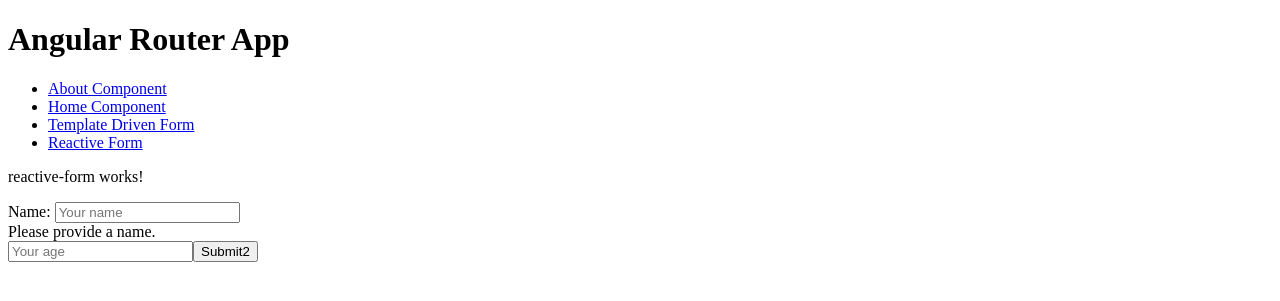
Repository: PhamTrungNguyen/Angular12
Page: /reactive (app in Angular/)
The author's editor kept a copy of each file at every save. The page is drawn from the files as they stood at one save, then again after the next save.
The browser window is 1280 px wide. The pictures show the whole page.
The project was rebuilt for these pictures with package versions that can differ from the ones it lists, and the page was loaded fresh each time. Also part of the build but not shown: Angular/angular.json, Angular/src/app/template-driven-form/template-driven-form.component.ts, Angular/src/app/home/home.component.ts, Angular/src/app/about/about.component.ts, Angular/src/app/page-not-found/page-not-found.component.ts.

Above is the page before, as saved 2023-01-04 19:15:45.

### Angular/src/app/app.module.ts
import { NgModule } from '@angular/core';
import { BrowserModule } from '@angular/platform-browser';

import { AppRoutingModule } from './app-routing.module';
import { AppComponent } from './app.component';
import { HomeComponent } from './home/home.component';
import { AboutComponent } from './about/about.component';
import { FormsModule } from '@angular/forms';
import { OnSalePipe } from './on-sale.pipe';
import { PageNotFoundComponent } from './page-not-found/page-not-found.component';
import { HighlightDirective } from './Directives/highlight.directive';
import { TemplateDrivenFormComponent } from './template-driven-form/template-driven-form.component';
import { ReactiveFormComponent } from './reactive-form/reactive-form.component';
import { ReactiveFormsModule } from '@angular/forms';
@NgModule({
  declarations: [
    AppComponent,
    HomeComponent,
    AboutComponent,
    OnSalePipe,
    PageNotFoundComponent,
    HighlightDirective,
    TemplateDrivenFormComponent,
    ReactiveFormComponent,
  ],
  imports: [BrowserModule, AppRoutingModule, FormsModule, ReactiveFormsModule],
  providers: [],
  bootstrap: [AppComponent],
})
export class AppModule {}

### Angular/src/app/app-routing.module.ts
import { TemplateDrivenFormComponent } from './template-driven-form/template-driven-form.component';
import { HomeComponent } from './home/home.component';
import { AboutComponent } from './about/about.component';
import { PageNotFoundComponent } from './page-not-found/page-not-found.component';
import { NgModule } from '@angular/core';
import { RouterModule, Routes } from '@angular/router';
import { ReactiveFormComponent } from './reactive-form/reactive-form.component';

const routes: Routes = [
  { path: 'about', component: AboutComponent },
  { path: 'home', component: HomeComponent },
  { path: 'form', component: TemplateDrivenFormComponent },
  { path: 'reactive', component: ReactiveFormComponent },
  { path: '', component: HomeComponent },
  { path: '**', component: PageNotFoundComponent },
];

@NgModule({
  imports: [RouterModule.forRoot(routes)],
  exports: [RouterModule],
})
export class AppRoutingModule {}

### Angular/src/app/on-sale.pipe.ts
import { Pipe, PipeTransform } from '@angular/core';

@Pipe({
  name: 'onSale',
})
export class OnSalePipe implements PipeTransform {
  transform(value: unknown, ...args: unknown[]): unknown {
    // console.log('my pipe', value);
    try {
      if (value) {
        return 'Đang hạ giá';
      }
    } catch (error) {}
    return null;
  }
}

### Angular/src/app/Directives/highlight.directive.ts
import { Directive, ElementRef, Input } from '@angular/core';

@Directive({
  selector: '[appHighlight]',
})
export class HighlightDirective {
  @Input() appHighlight = 'blue';
  constructor(private el: ElementRef) {}
  public ngOnInit(): void {
    // console.log('HighlightDirective', this.appHighlight);
    this.el.nativeElement.style.color = this.appHighlight;
  }
}

### Angular/src/app/reactive-form/reactive-form.component.ts
import { HomeService } from './../Service/home.service';
import { Component, OnInit } from '@angular/core';
import {
  FormBuilder,
  FormControl,
  FormGroup,
  Validators,
} from '@angular/forms';

@Component({
  selector: 'app-reactive-form',
  templateUrl: './reactive-form.component.html',
  styleUrls: ['./reactive-form.component.scss'],
})
export class ReactiveFormComponent {
  // myForm: FormGroup;
  // public formData: FormGroup = new FormGroup({
  //   name: new FormControl(''),
  //   age: new FormControl(''),

  // });
  public formData = this.fb.group({
    name: ['', Validators.required],
    age: [''],
  });
  constructor(private home: HomeService, private fb: FormBuilder) {}
  ngOnInit() {}
  public submitForm(): void {
    // console.log('Data:', this.formData.value);
    this.home.submitData(this.formData.value);
  }
}

### Angular/src/app/app.component.html
<h1>Angular Router App</h1>
<!-- This nav gives you links to click, which tells the router which route to use (defined in the routes constant in  AppRoutingModule) -->
<nav>
    <ul>
        <li>
            <a routerLink="/about" routerLinkActive="active" ariaCurrentWhenActive="page">About Component</a>
        </li>
        <li>
            <a routerLink="/home" routerLinkActive="active" ariaCurrentWhenActive="page">Home Component</a>
        </li>
        <li>
            <a routerLink="/form" routerLinkActive="active" ariaCurrentWhenActive="page">Template Driven Form</a>
        </li>
        <li>
            <a routerLink="/reactive" routerLinkActive="active" ariaCurrentWhenActive="page">Reactive Form</a>
        </li>
    </ul>
</nav>
<!-- The routed views render in the <router-outlet>-->
<router-outlet></router-outlet>

### Angular/src/app/Service/home.service.ts
import { Injectable } from '@angular/core';

@Injectable({
  providedIn: 'root',
})
export class HomeService {
  public counter = 10;
  constructor() {}
  public count(n: number): number {
    return n * n;
  }
  public submitData(data: any): void {
    console.log('Data :', data);
  }
}

### Angular/src/app/reactive-form/reactive-form.component.html
<p>reactive-form works!</p>

<form action="" [formGroup]="formData">
    Name:
    <input type="text" formControlName="name" placeholder="Your name" />
    <div *ngIf="formData.get('name') ">
        Please provide a name.
    </div><!--  -->
    <input type="text" formControlName="age" placeholder="Your age" />
    <!-- <button (click)="submitForm()">Submit</button> -->
    <button type="submit" (click)="submitForm()" [disabled]="formData.valid">Submit2</button>
</form>

Loaded but not shown: Angular/src/index.html (common file); Angular/src/styles.scss (common file); Angular/src/main.ts (common file); Angular/src/app/app.component.ts (common file); Angular/src/app/app.component.scss (no stored copy; drawn as an empty file); Angular/src/app/reactive-form/reactive-form.component.scss (no stored copy; drawn as an empty file)

After the next save:
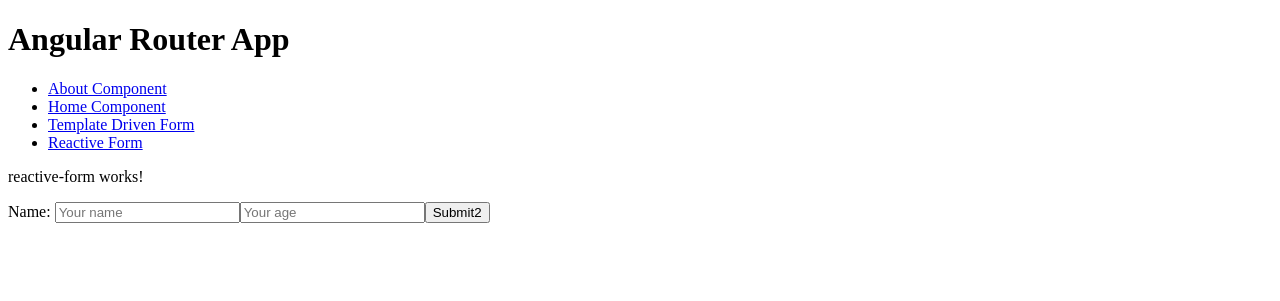
Saved 10 s later.
--- a/Angular/src/app/reactive-form/reactive-form.component.html
+++ b/Angular/src/app/reactive-form/reactive-form.component.html
@@ -3,9 +3,9 @@
 <form action="" [formGroup]="formData">
     Name:
     <input type="text" formControlName="name" placeholder="Your name" />
-    <div *ngIf="formData.get('name') ">
+    <!-- <div *ngIf="formData.get('name') ">
         Please provide a name.
-    </div><!--  -->
+    </div> -->
     <input type="text" formControlName="age" placeholder="Your age" />
     <!-- <button (click)="submitForm()">Submit</button> -->
     <button type="submit" (click)="submitForm()" [disabled]="formData.valid">Submit2</button>
